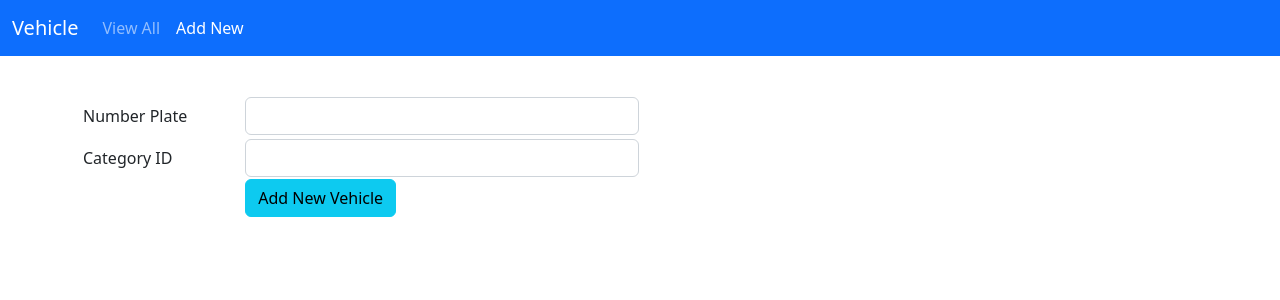
Repository: laksara20/gocheeta
Page: http://localhost/gocheeta-online/gocheeta-addvehicle.jsp
An editor plug-in stored every save of this project. The page is shown before and after the next save, followed by the edit.
The browser window is 1280 px wide. The pictures show the whole page.
The page is served by Tomcat 9.

Above is the page before, as saved 2022-09-18 13:41:10.

After the next save:
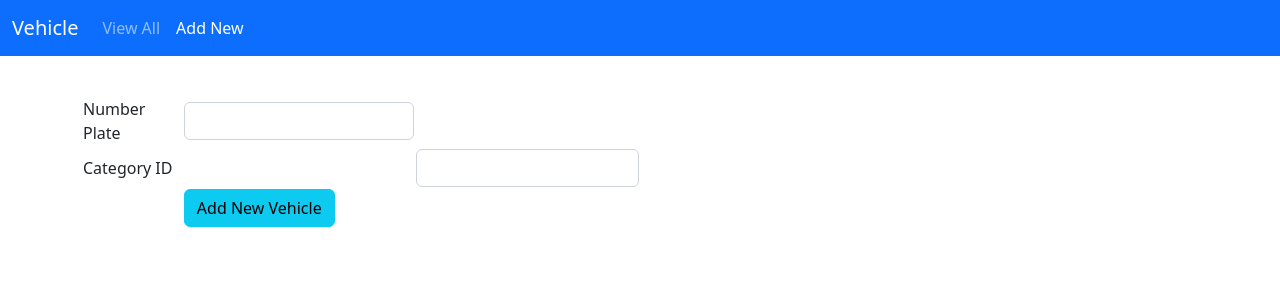
Saved 17 s later.
--- a/gocheeta-online/src/main/webapp/gocheeta-addvehicle.jsp
+++ b/gocheeta-online/src/main/webapp/gocheeta-addvehicle.jsp
@@ -53,6 +53,9 @@
 				</tr>
 				<tr>
 					<td><label for="txtcategoryID">Category ID</label></td>
+					<td>
+
+					</td>
 					<td><input type="text" class="form-control"
 						id="txtcategoryID" name="categoryID"></td>
 				</tr>
